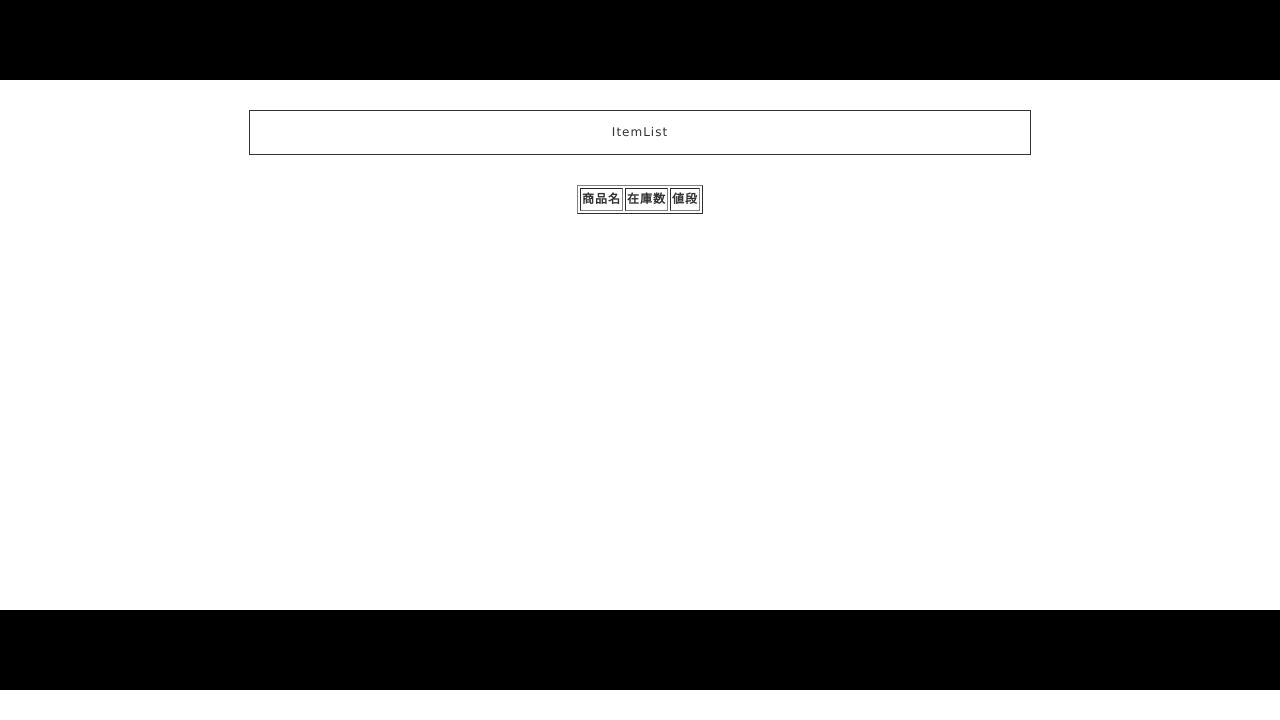
Repository: user-yo-yo/test
Page: http://localhost/ecsite/itemList.jsp
These files come from the project's save history. The page is drawn as it stood at one moment and after a run of saves; the edit follows.
The browser window is 1280 px wide. The pictures show the whole page.
The page is served by Tomcat 9. Other server files are loaded and not shown.

Above is the page before, as saved 2019-03-14 07:23:24.

### ecsite/WebContent/itemList.jsp
<%@ page language="java" contentType="text/html; charset=UTF-8"
    pageEncoding="UTF-8"%>
<%@ taglib prefix="s" uri="/struts-tags"%>
<!DOCTYPE html>
<html>
<head>
<meta http-equiv="Content-Type" content="text/html; charset=UTF-8" />
<meta http-equiv="Content-Style-Type" content="text/css" />
<meta http-equiv="Content-Script-Type" content="text/javascript" />
<meta http-equiv="imagetoolbar" content="no" />
<meta name="description" content="" />
<meta name="keywords" content="" />
<title>ItemList画面</title>

<style type="text/css">
/* ========TAG LAYOUT======== */
body{
	margin:0;
	padding:0;
	line-height:1.6;
	letter-spacing:1px;
	font-family:Verdana,Helvetica,sans-serif;
	font-size:12px;
	color:#333;
	background:#fff;
}

table{
	text-align:center;
	margin:0 auto;
}

/* ========ID LAYOUT======== */
#top{
	width:780px;
	margin:30px auto;
	border:1px solid #333;
}

#header{
	width:100%;
	height:80px;
	background-color:black;
}

#main{
	width:100%;
	height:500px;
	text-align:center;
}

#footer{
	width:100%;
	height:80px;
	background-color:black;
	clear:both;
}

#text-center{
	display:inline-block;
	text-align:center;
}

</style>

</head>
<body>
	<div id="header">
		<div id="pr">
		</div>
	</div>

	<div id="main">
		<div id="top">
			<p>ItemList</p>
		</div>
		<div>
			<table border="1">
				<tr>
					<th>商品名</th>
					<th>在庫数</th>
					<th>値段</th>
				</tr>
				<s:iterator value="#session.itemListDTOList">
					<tr>
						<td><s:property value="itemName"/></td>
						<td><s:property value="itemStock"/>個</td>
						<td><s:property value="itemPrice"/>円</td>
					</tr>
					<div>
						<td><input type="button" value="削除" onclick="submitAction('ItemListDeleteConfirmAction')"/></td>
					</div>
				</s:iterator>
			</table>
		</div>
	</div>

	<div id="footer">
		<div id="pr">
		</div>
	</div>

</body>
</html>

After the next 2 saves:
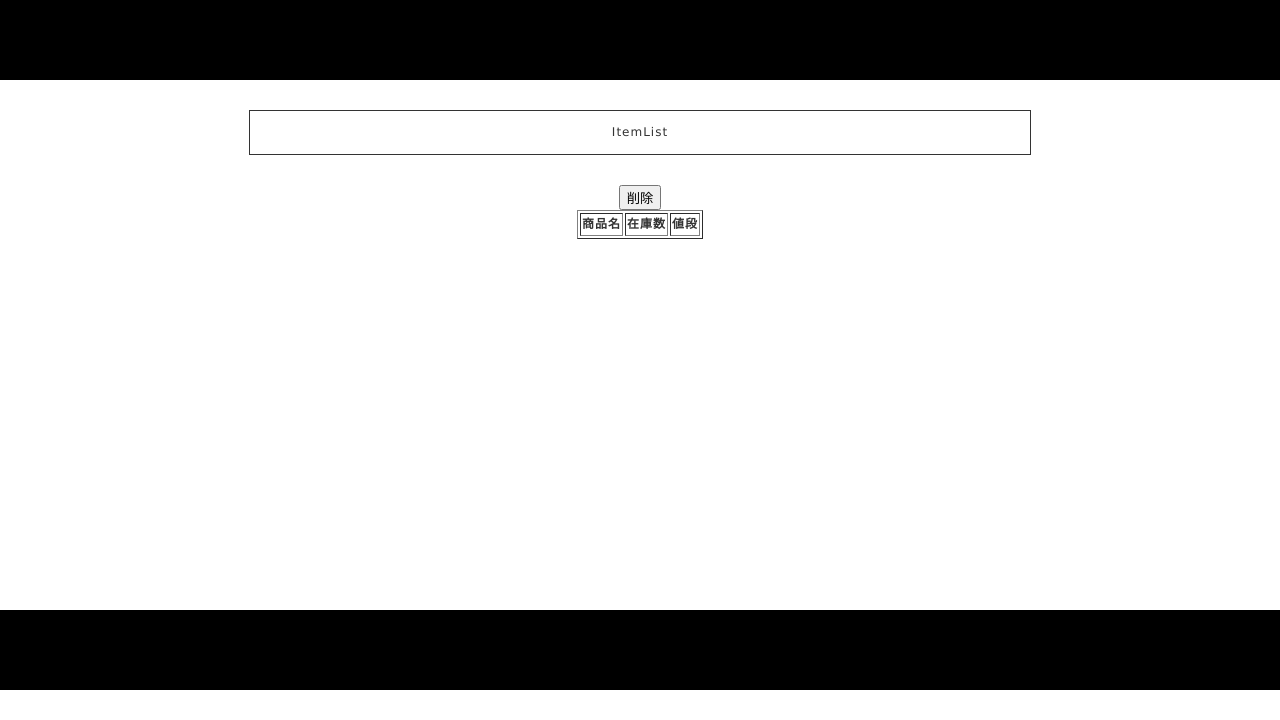
The 2 saves are shown as one change because they came seconds apart.
The last was saved 64 s later.
--- a/ecsite/WebContent/itemList.jsp
+++ b/ecsite/WebContent/itemList.jsp
@@ -87,10 +87,10 @@
 						<td><s:property value="itemStock"/>個</td>
 						<td><s:property value="itemPrice"/>円</td>
 					</tr>
+				</s:iterator>
 					<div>
-						<td><input type="button" value="削除" onclick="submitAction('ItemListDeleteConfirmAction')"/></td>
+						<input type="button" value="削除" onclick="submitAction('ItemListDeleteConfirmAction')"/>
 					</div>
-				</s:iterator>
 			</table>
 		</div>
 	</div>
